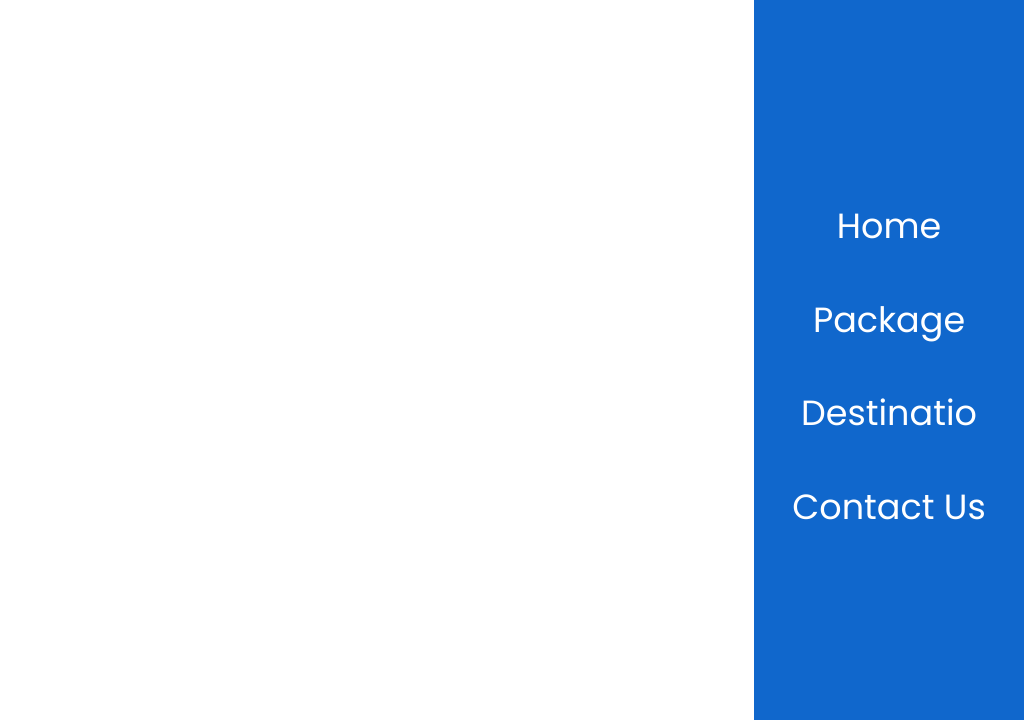
Repository: iamwind-dev/QLTourDuLich
Page: http://localhost/
The author's editor kept a copy of each file at every save. The page is drawn from the files as they stood at one save, then again after a run of saves.
The browser window is 1024 px wide. The pictures show the whole page.
Some web fonts or font styles are not loaded; a fallback is used. The page is run by PHP 8.4 with error messages shown; the project is at /var/www/html/.

Above is the page before, as saved 2023-11-06 01:27:29.

After the next 2 saves:
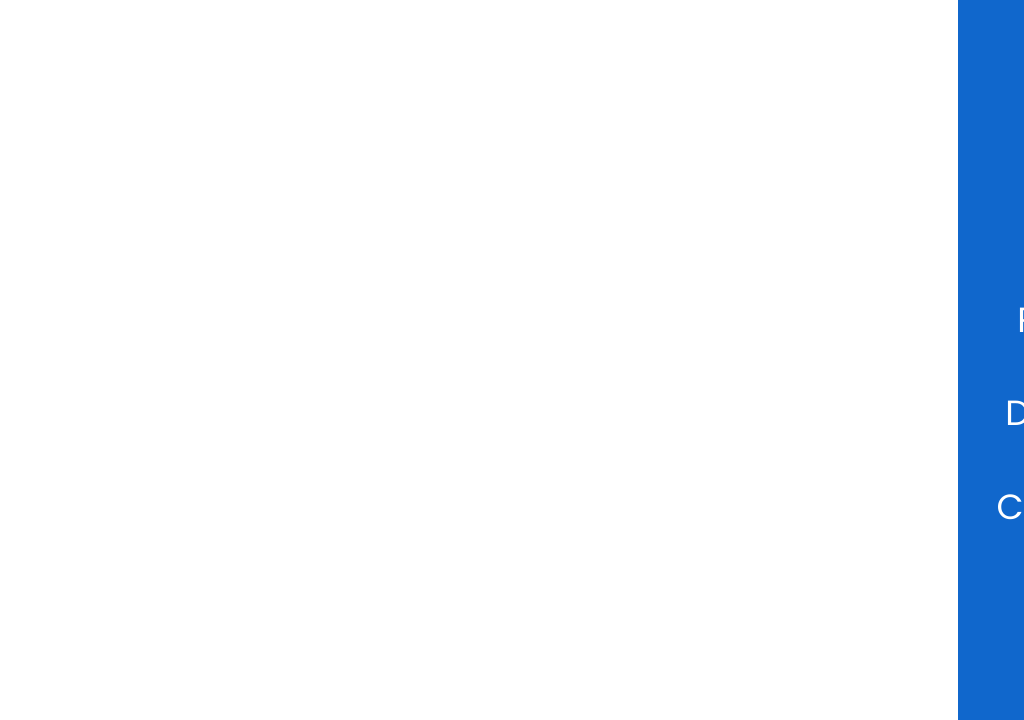
The 2 saves are shown as one change because they came seconds apart.
The last was saved 32 s later.
--- a/css/style.css
+++ b/css/style.css
@@ -427,7 +427,7 @@ header.sticky {
   .navbar {
     position: absolute;
     top: 0;
-    right: 0;
+    right: -100;
     width: 270px;
     height: 120vh;
     background: #1067cc;
